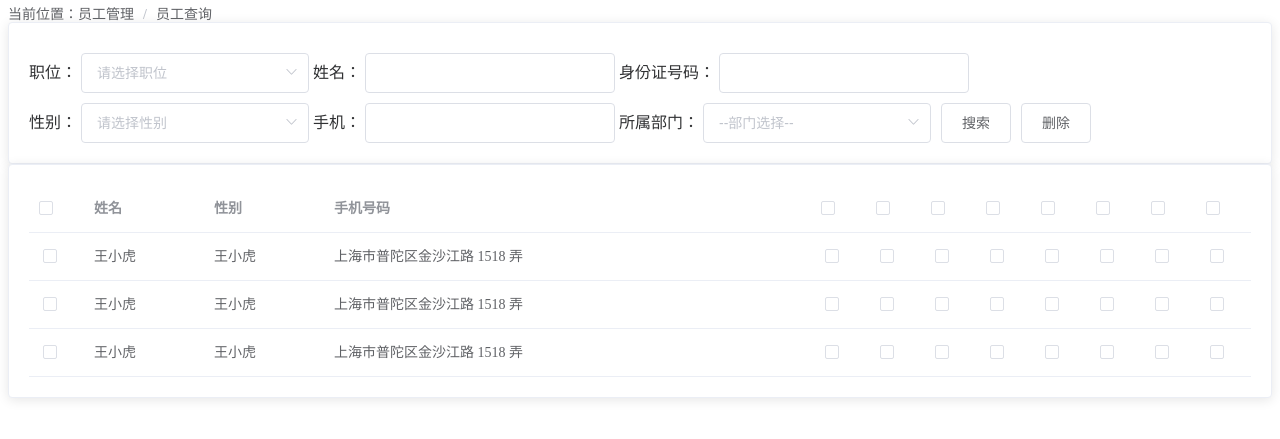
Repository: YUNjwyao/vue_hrm
Page: /#/employee
These files come from the project's save history. The page is drawn as it stood at one moment and after the next save; the edit follows.
The browser window is 1280 px wide. The pictures show the whole page.
The project was rebuilt for these pictures with package versions that can differ from the ones it lists, and the page was loaded fresh each time.

Above is the page before, as saved 2020-10-15 19:38:45.

### src/App.vue
<template>
  <div id="app">
     <!-- 路由占位符 -->
     <router-view></router-view>
  </div>
</template>

<script>

export default {

}
</script>

<style lang="less" scoped>

</style>

### src/router/index.js
import Vue from 'vue'
import VueRouter from 'vue-router'
import EmployeeQuery from '../components/Employee/EmployeeQuery.vue'

Vue.use(VueRouter)

const routes = [
 {
   path: '/employee',component: EmployeeQuery
 }
]

const router = new VueRouter({
  routes
})

export default router

### src/plugins/element.js
import Vue from 'vue'
import {
    Button,
    Breadcrumb,
    BreadcrumbItem,
    Card,
    Select,
    Option,
    Input,
    Row,
    Table,
    TableColumn
} from 'element-ui'


Vue.use(Button)
Vue.use(Breadcrumb)
Vue.use(BreadcrumbItem)
Vue.use(Card)
Vue.use(Select)
Vue.use(Option)
Vue.use(Input)
Vue.use(Row)
Vue.use(Table)
Vue.use(TableColumn)

### src/components/Employee/EmployeeQuery.vue
<template>
  <div class="employee">
    <!-- 面包屑导航 -->
    <el-breadcrumb separator="/">
      <el-breadcrumb-item>当前位置：员工管理</el-breadcrumb-item>
      <el-breadcrumb-item><a href="/">员工查询</a></el-breadcrumb-item>
    </el-breadcrumb>
    <!-- 查询输入框 -->
    <el-card>
      <el-row>
        职位：
        <el-select v-model="value" placeholder="请选择职位">
          <el-option
            v-for="item in options"
            :key="item.value"
            :label="item.label"
            :value="item.value"
          >
          </el-option>
        </el-select>
        姓名：
        <el-input v-model="input"></el-input>
        身份证号码：
        <el-input v-model="input"></el-input>
      </el-row>
	  <el-row>
        性别：
        <el-select v-model="value" placeholder="请选择性别">
          <el-option
            v-for="item in optionsSex"
            :key="item.value"
            :label="item.label"
            :value="item.value"
          >
          </el-option>
        </el-select>
        手机：
        <el-input v-model="input"></el-input>
       所属部门：
        <el-select v-model="value" placeholder="--部门选择--">
          <el-option
            v-for="item in optionsDoor"
            :key="item.value"
            :label="item.label"
            :value="item.value"
          >
          </el-option>
        </el-select>
		<el-button>搜索</el-button>
		<el-button>删除</el-button>
      </el-row>
    </el-card>
	<!-- Table表格 -->
	<el-card>
		 <el-table
    ref="multipleTable"
    :data="tableData"
    tooltip-effect="dark"
    style="width: 100%"
    @selection-change="handleSelectionChange">
    <el-table-column
      type="selection"
      width="55">
    </el-table-column>
    <el-table-column
	  prop="name"
      label="姓名"
      width="120">
      <template slot-scope="scope">{{ scope.row.name }}</template>
    </el-table-column>
    <el-table-column
      prop="name"
      label="性别"
      width="120">
    </el-table-column>
    <el-table-column
      prop="address"
      label="手机号码"
      show-overflow-tooltip>
    </el-table-column>
	<el-table-column
      type="selection"
      width="55">
    </el-table-column>
	<el-table-column
      type="selection"
      width="55">
    </el-table-column>
	<el-table-column
      type="selection"
      width="55">
    </el-table-column>
	<el-table-column
      type="selection"
      width="55">
    </el-table-column>
	<el-table-column
      type="selection"
      width="55">
    </el-table-column>
	<el-table-column
      type="selection"
      width="55">
    </el-table-column>
	<el-table-column
      type="selection"
      width="55">
    </el-table-column>
	<el-table-column
      type="selection"
      width="55">
    </el-table-column>
  </el-table>
	</el-card>
  </div>
</template>

<script>
export default {
  data() {
    return {
      options: [
        {
          value: "选项1",
          label: "经理",
        },
        {
          value: "选项2",
          label: "职员",
        },
	  ],
	  optionsSex: [
        {
          value: "选项1",
          label: "男",
        },
        {
          value: "选项2",
          label: "女",
        },
	  ],
	  optionsDoor: [
        {
          value: "选项1",
          label: "技术部",
        },
        {
          value: "选项2",
          label: "运营部",
        },
	  ],
	    tableData: [{
		  name: '王小虎',
		  sex: '男',
          address: '上海市普陀区金沙江路 1518 弄'
        }, {
          date: '2016-05-02',
          name: '王小虎',
          address: '上海市普陀区金沙江路 1518 弄'
        }, {
          date: '2016-05-04',
          name: '王小虎',
          address: '上海市普陀区金沙江路 1518 弄'
        }],
        multipleSelection: []
    };
  },
  methods: {
      toggleSelection(rows) {
        if (rows) {
          rows.forEach(row => {
            this.$refs.multipleTable.toggleRowSelection(row);
          });
        } else {
          this.$refs.multipleTable.clearSelection();
        }
      },
      handleSelectionChange(val) {
        this.multipleSelection = val;
      }
    }
};
</script>

<style lang="less" scoped>
.el-input {
  width: 250px;
}
.el-row{
	margin-top: 10px;
}
.el-button{
	margin-left: 10px;
}
</style>

Loaded but not shown: public/index.html (common file); src/main.js (common file); src/store/index.js (common file)

After the next save:
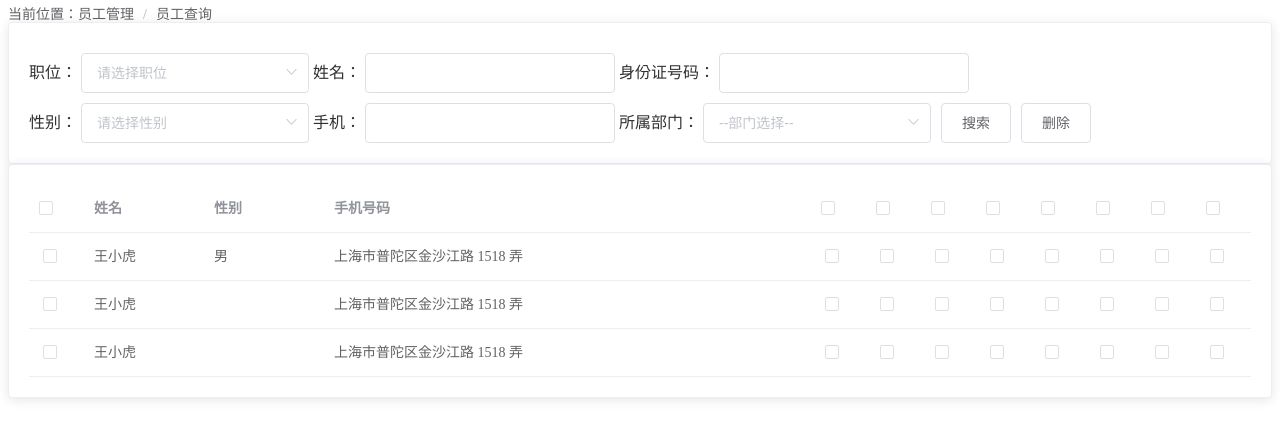
Saved 4 s later.
--- a/src/components/Employee/EmployeeQuery.vue
+++ b/src/components/Employee/EmployeeQuery.vue
@@ -69,7 +69,7 @@
       <template slot-scope="scope">{{ scope.row.name }}</template>
     </el-table-column>
     <el-table-column
-      prop="name"
+      prop="sex"
       label="性别"
       width="120">
     </el-table-column>
